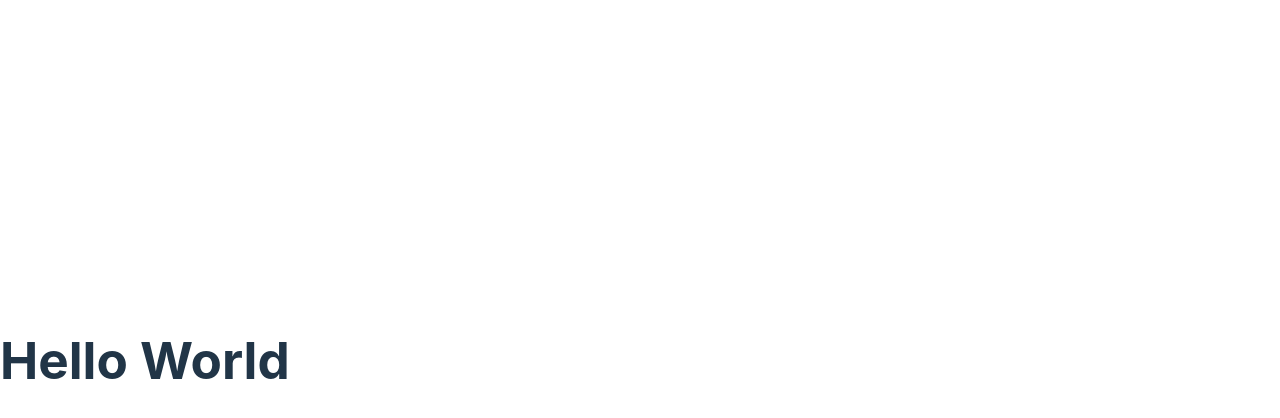
Repository: phuriput44/react-app
Page: /
These files come from the project's save history. The page is drawn as it stood at one moment and after the next save; the edit follows.
The browser window is 1280 px wide. The pictures show the whole page.
The project was rebuilt for these pictures with package versions that can differ from the ones it lists, and the page was loaded fresh each time. Also part of the build but not shown: vite.config.ts.

Above is the page before, as saved 2024-04-09 16:46:05.

After the next save:
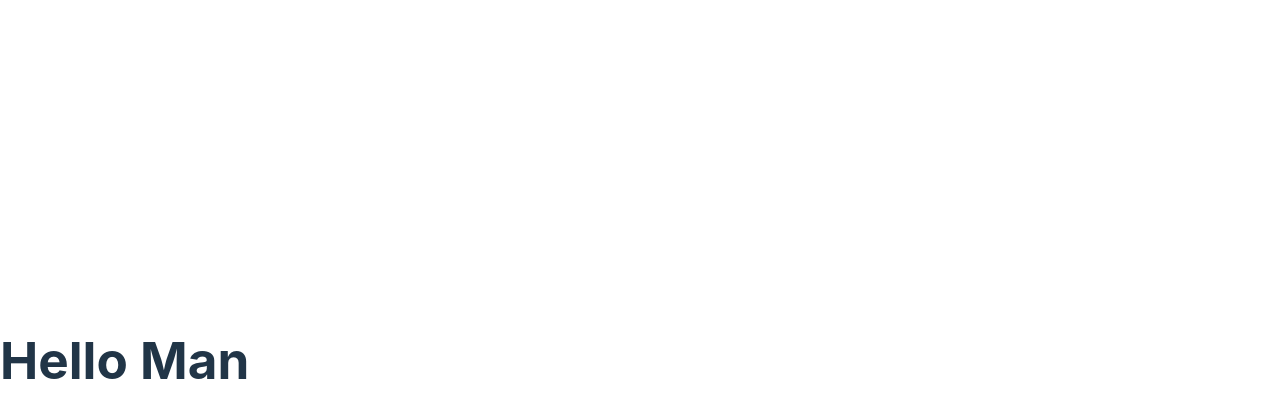
Saved 2 min 7 s later.
--- a/src/Message.tsx
+++ b/src/Message.tsx
@@ -1,4 +1,9 @@
 function Message() {
+    const name = "Man";
+    if (name) {
+        return <h1>Hello { name}</h1>
+    }
+
     return <h1>Hello World</h1>;
 }
 
